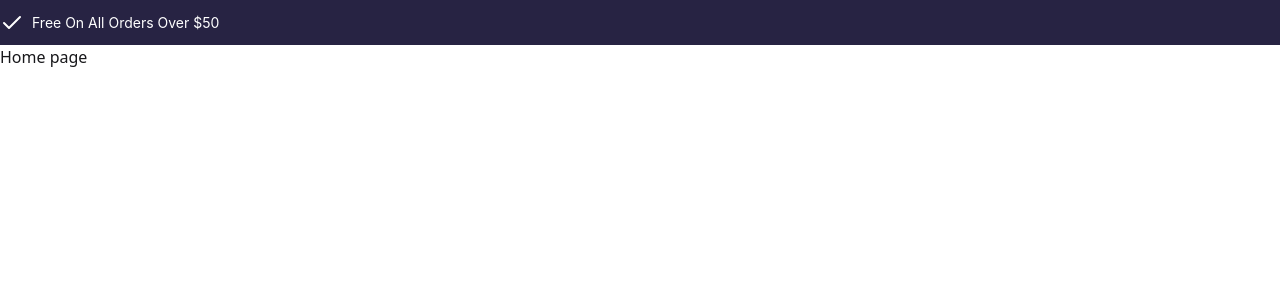
Repository: Neda0o0/store-template-website
Page: /
The author's editor kept a copy of each file at every save. The page is drawn from the files as they stood at one save, then again after the next save.
The browser window is 1280 px wide. The pictures show the whole page.
The project was rebuilt for these pictures with package versions that can differ from the ones it lists, and the page was loaded fresh each time. Also part of the build but not shown: vite.config.js, src/Pages/Auth/Auth.jsx, src/Pages/Auth/Login/Login.jsx, src/Pages/Auth/Register/Register.jsx, src/Pages/Error/Error.jsx, src/AuthCheck/AuthCheck.jsx.

Above is the page before, as saved 2025-10-20 17:02:18.

After the next save:
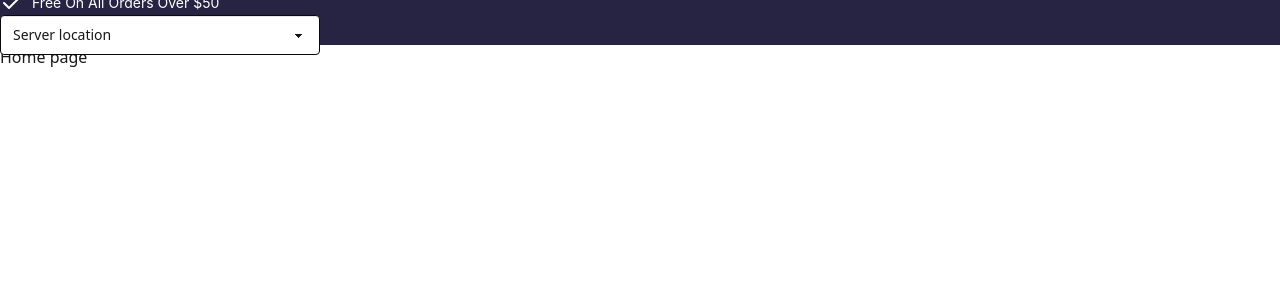
Saved 3 min 27 s later.
--- a/src/components/Navbar/Navbar.jsx
+++ b/src/components/Navbar/Navbar.jsx
@@ -10,6 +10,17 @@ const Navbar = () => {
             <Check />
             Free on all orders over $50
           </p>
+          <div className="navbar_top_right">
+            <select
+              defaultValue="Server location"
+              className="select select-neutral"
+            >
+              <option disabled={true}>Server location</option>
+              <option>North America</option>
+              <option>EU west</option>
+              <option>South East Asia</option>
+            </select>
+          </div>
         </div>
       </div>
     </div>
